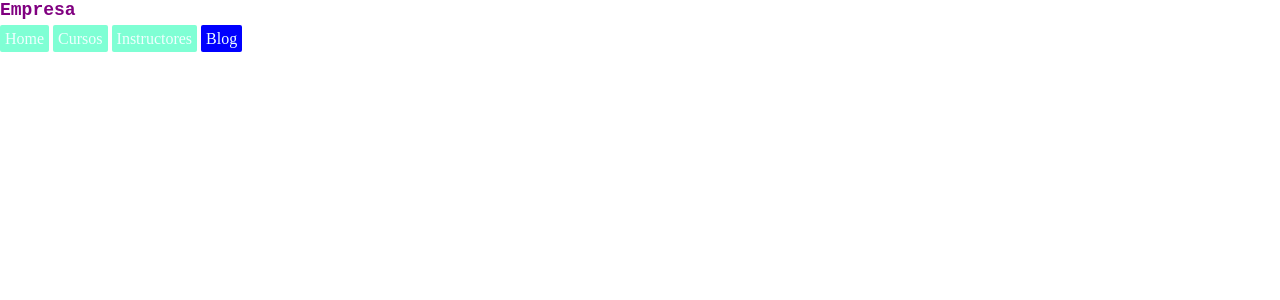
Repository: Daniel009980/daniel0099980
Page: especificidad/index.html
An editor plug-in stored every save of this project. The page is shown before and after the next save, followed by the edit.
The browser window is 1280 px wide. The pictures show the whole page.

Above is the page before, as saved 2022-09-14 22:27:05.

### especificidad/index.html
<!DOCTYPE html>
<html lang="en">
<head>
    <meta charset="UTF-8">
    <meta http-equiv="X-UA-Compatible" content="IE=edge">
    <meta name="viewport" content="width=device-width, initial-scale=1.0">
    <title>Especificidad</title>
    <link rel="stylesheet" href="./style.css">
</head>
<body>
    <header class="page-header">
        <h1 id="page-title" class="title">Empresa</h1>  <!-- este id que aparece en la etique solo se puede usar una vez con ese nombre porque los ids son unicos y especificos a diferencia de las class que son mas genericas -->
        <nav>
            <ul id="main-nav" class="nav">
                <li><a href="">Home</a></li>
                <li><a href="">Cursos</a></li>
                <li><a href="">Instructores</a></li>
                <li><a href="" class="blog">Blog</a></li>   <!-- style="background-color: brown;" se retira el estilo embebido para que se aplique los estilos desde la hoja de estilos y no tengamos problemas despues  -->   <!-- los estilos enbebidos con mas importantes que las clases por lo que si ponemos un estilo embebido como etiqueta no podremos modificarlo desde la hoja de estilo por lo que es de mala practica usar estilos embebidos -->
            </ul>
        </nav>
    </header>
</body>
</html>

### especificidad/style.css

*{
    box-sizing: border-box;
    margin: 0%;
    padding: 0%;
}
h1{
    color:purple ;
    font-family: serif;
    margin-bottom: 10px;
}

/* #page-title{
    font-family: Arial, Helvetica, sans-serif;      podemos retirar este id ya que contiene una clase entonces no necesitamos tener este id y en la clase podemos poner el estulo de fuente que queramos
} */

.title{                                 /* este title esta en las etiquetas de h1 y com oaqui le damos un estilo a h1 de tipo de fuente que va a usar en esta parte le estamos dando el tamaño asi que ghay que tener cuidadi cuando trabajemos con varias etiquetas  */
    font-size: 18px;
    font-family: monospace;
}
/* esta es la especificidad de cascada como se puede ver
h1 ya tiene el tipo de fuente que se esta itulizando por lo  que en title se va
a ignorar la fuente que le queremos poner porque h1 esta arriba de title */

#main-nav{
    margin-top: 10px;
    list-style-type: none;
    padding-left: 0px;
}

#main-nav li{
    display: inline-block;
}

#main-nav a{
    color: azure;
    background-color: aquamarine;
    padding: 5px;
    border-radius: 2px;
    text-decoration: none;
}


#main-nav .blog{
    background-color: blue/* !important */;   /* se puede usar la etiqueta !important para darle la mayor prioridad al estilo pero no es buena practica usar el important porque nos puede causar problemas posteriomente */
}

After the next save:
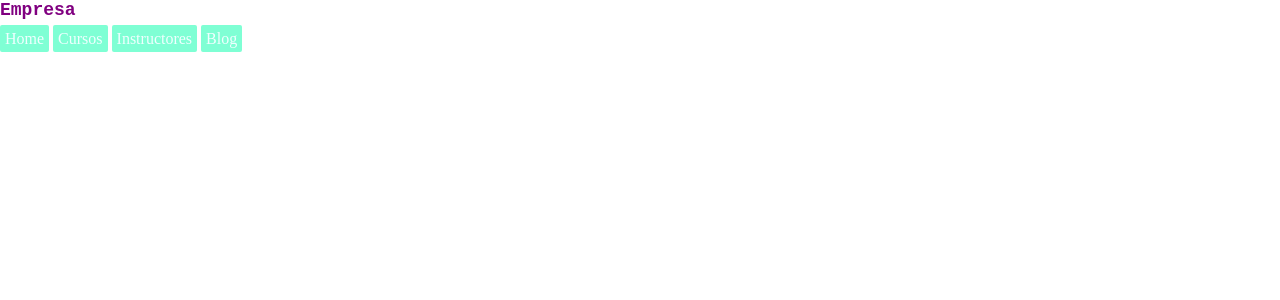
Saved 34 s later.
--- a/especificidad/style.css
+++ b/especificidad/style.css
@@ -41,6 +41,8 @@ a ignorar la fuente que le queremos poner porque h1 esta arriba de title */
 }
 
 
-#main-nav .blog{
-    background-color: blue/* !important */;   /* se puede usar la etiqueta !important para darle la mayor prioridad al estilo pero no es buena practica usar el important porque nos puede causar problemas posteriomente */
+/* #main-nav .blog{
+    background-color: blue!important;   se puede usar la etiqueta !important para darle la mayor prioridad al estilo pero no es buena practica usar el important porque nos puede causar problemas posteriomente
 }
+
+ */
